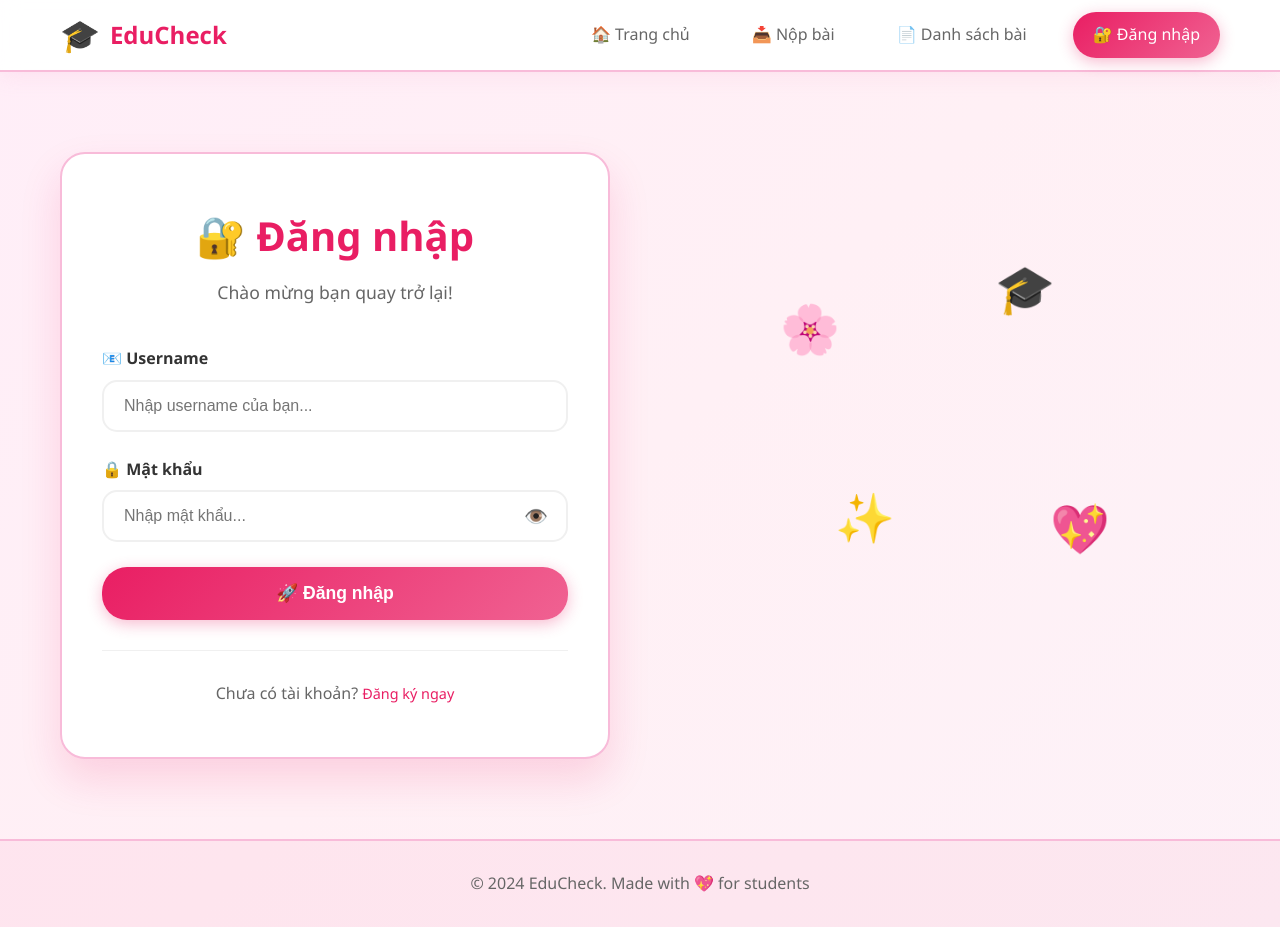
Repository: tuanloc782004/Plagiarism-Detection-System
Page: http://localhost/plagiarism-checker/login.jsp
An editor plug-in stored every save of this project. The page is shown before and after the next save, followed by the edit.
The browser window is 1280 px wide. The pictures show the whole page.
The page is served by Tomcat 9. Other server files are loaded and not shown.

Above is the page before, as saved 2025-05-26 09:06:40.

### plagiarism-checker/src/main/webapp/login.jsp
<%@ page language="java" contentType="text/html; charset=UTF-8"
	pageEncoding="UTF-8"%>
<%@ taglib uri="http://java.sun.com/jsp/jstl/core" prefix="c"%>
<!DOCTYPE html>
<html lang="vi">
<head>
<meta charset="UTF-8">
<meta name="viewport" content="width=device-width, initial-scale=1.0">
<title>EduCheck | Đăng nhập</title>
<link rel="stylesheet" href="assets/styles.css">
</head>
<body>
	<nav class="navbar">
		<div class="nav-container">
			<div class="nav-logo">
				<span class="logo-icon">🎓</span> <span class="logo-text">EduCheck</span>
			</div>
			<ul class="nav-menu" id="nav-menu">
				<li><a href="home.jsp" class="nav-link">🏠 Trang chủ</a></li>
				<li><a href="upload.jsp" class="nav-link">📥 Nộp bài</a></li>
				<li><a href="essay_list.jsp" class="nav-link">📄 Danh sách
						bài</a></li>
				<c:choose>
					<c:when test="${not empty sessionScope.user}">
						<li><a href="LogoutServlet" class="nav-link logout-btn">🚪
								Đăng xuất</a></li>
					</c:when>
					<c:otherwise>
						<li><a href="login.jsp" class="nav-link login-btn">🔐
								Đăng nhập</a></li>
					</c:otherwise>
				</c:choose>
			</ul>
			<div class="hamburger" id="hamburger">
				<span></span> <span></span> <span></span>
			</div>
		</div>
	</nav>

	<main class="main-content">
		<div class="auth-container">
			<div class="auth-card">
				<div class="auth-header">
					<h1 class="auth-title">🔐 Đăng nhập</h1>
					<p class="auth-subtitle">Chào mừng bạn quay trở lại!</p>
					<c:if test="${not empty error}">
						<p class="auth-subtitle" style="color: red">${error}</p>
					</c:if>
				</div>

				<form class="auth-form" id="loginForm" action="LoginServlet"
					method="post" accept-charset="UTF-8">
					<div class="form-group">
						<label for="username" class="form-label"> 📧 Username </label> <input
							type="text" id="username" name="username" class="form-input"
							placeholder="Nhập username của bạn..." required>
					</div>

					<div class="form-group">
						<label for="password" class="form-label"> 🔒 Mật khẩu </label>
						<div class="password-input">
							<input type="password" id="password" name="password"
								class="form-input" placeholder="Nhập mật khẩu..." required>
							<button type="button" class="password-toggle" id="passwordToggle">
								👁️</button>
						</div>
					</div>

					<button type="submit" class="btn btn-primary btn-large">
						🚀 Đăng nhập</button>
				</form>

				<div class="auth-footer">
					<p>
						Chưa có tài khoản? <a href="register.jsp" class="auth-link">Đăng
							ký ngay</a>
					</p>
				</div>
			</div>

			<div class="auth-decoration">
				<div class="floating-elements">
					<div class="floating-icon">🌸</div>
					<div class="floating-icon">💖</div>
					<div class="floating-icon">✨</div>
					<div class="floating-icon">🎓</div>
				</div>
			</div>
		</div>
	</main>

	<footer class="footer">
		<div class="container">
			<p>&copy; 2024 EduCheck. Made with 💖 for students</p>
		</div>
	</footer>

	<script src="assets/script.js"></script>
</body>
</html>

Loaded but not shown: plagiarism-checker/src/main/webapp/assets/script.js (262 lines, source omitted); plagiarism-checker/src/main/webapp/assets/styles.css (1463 lines, source omitted)

After the next save:
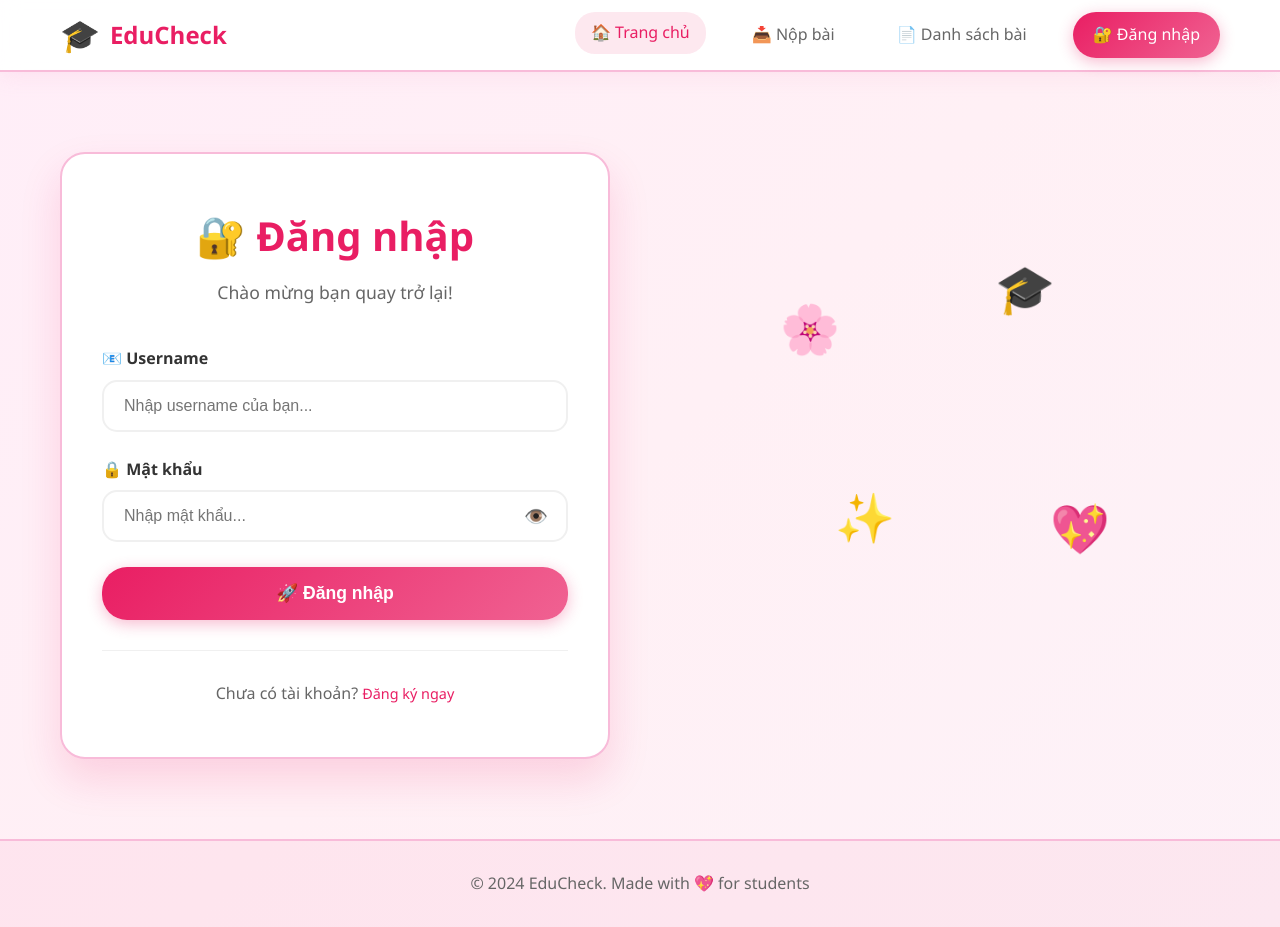
Saved 18 s later.
--- a/plagiarism-checker/src/main/webapp/login.jsp
+++ b/plagiarism-checker/src/main/webapp/login.jsp
@@ -16,17 +16,18 @@
 				<span class="logo-icon">🎓</span> <span class="logo-text">EduCheck</span>
 			</div>
 			<ul class="nav-menu" id="nav-menu">
-				<li><a href="home.jsp" class="nav-link">🏠 Trang chủ</a></li>
-				<li><a href="upload.jsp" class="nav-link">📥 Nộp bài</a></li>
-				<li><a href="essay_list.jsp" class="nav-link">📄 Danh sách
+				<li><a href="home.jsp" class="nav-link active">🏠 Trang chủ</a></li>
+				<li><a href="UploadEssayServlet" class="nav-link">📥 Nộp
 						bài</a></li>
+				<li><a href="EssayListServlet" class="nav-link">📄 Danh
+						sách bài</a></li>
 				<c:choose>
 					<c:when test="${not empty sessionScope.user}">
 						<li><a href="LogoutServlet" class="nav-link logout-btn">🚪
 								Đăng xuất</a></li>
 					</c:when>
 					<c:otherwise>
-						<li><a href="login.jsp" class="nav-link login-btn">🔐
+						<li><a href="LoginServlet" class="nav-link login-btn">🔐
 								Đăng nhập</a></li>
 					</c:otherwise>
 				</c:choose>
